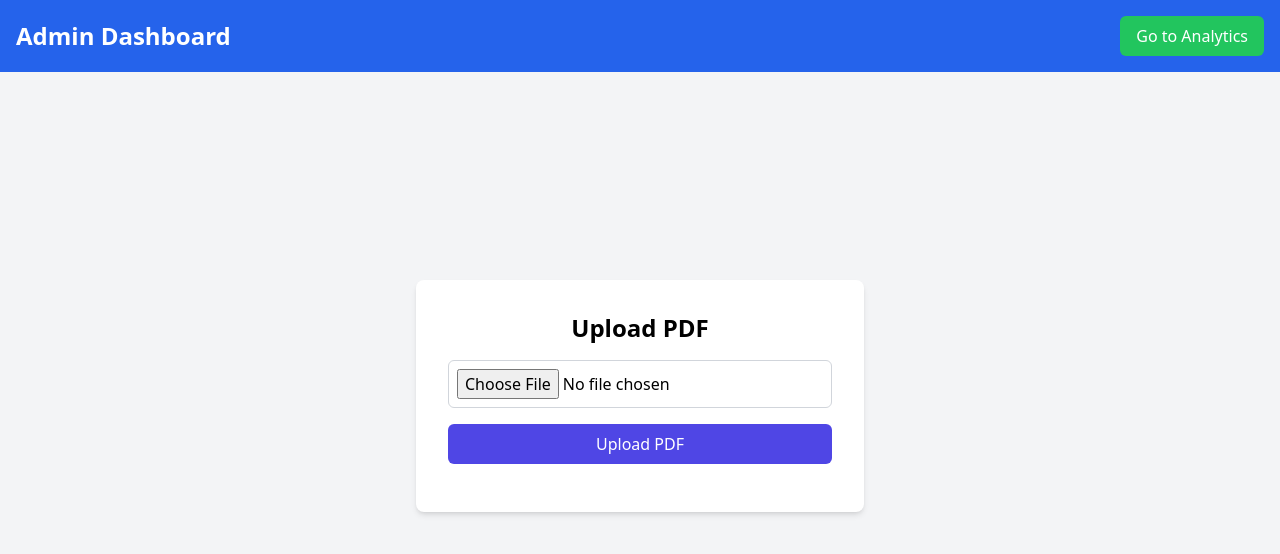
Repository: HackRx50/PS6-3k1P
Page: /admin (app in frontend/)
The author's editor kept a copy of each file at every save. The page is drawn from the files as they stood at one save, then again after the next save.
The browser window is 1280 px wide. The pictures show the whole page.
The project was rebuilt for these pictures with package versions that can differ from the ones it lists, and the page was loaded fresh each time. Also part of the build but not shown: frontend/vite.config.js, frontend/src/pages/User.jsx, frontend/src/components/Navbar.jsx, frontend/src/App.jsx, frontend/src/pages/Quiz.jsx.

Above is the page before, as saved 2024-09-19 23:37:40.

After the next save:
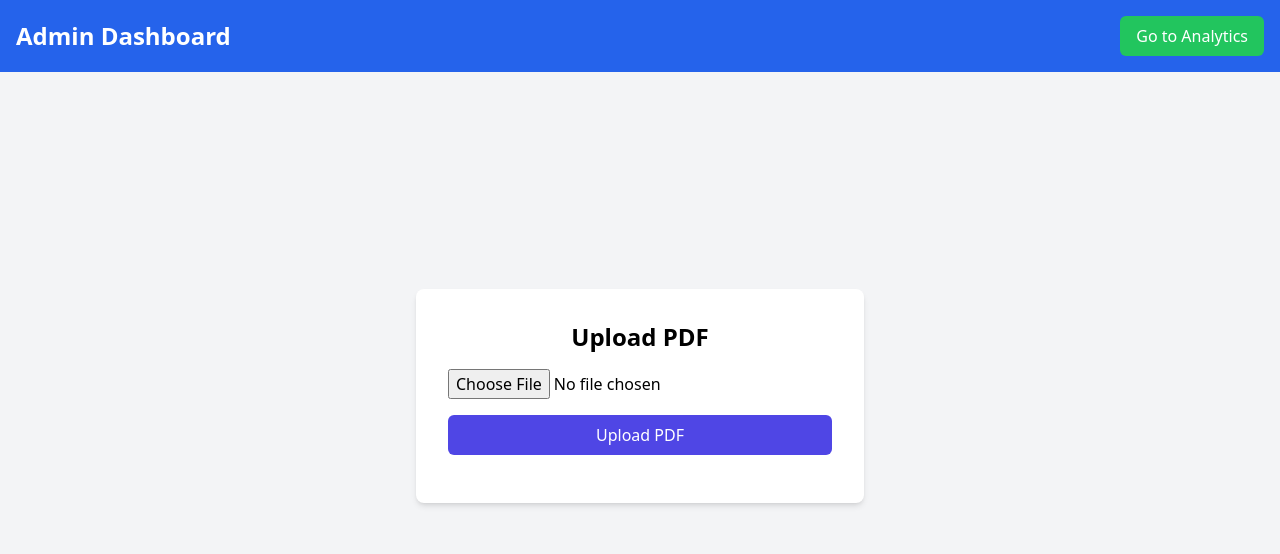
Saved 41 s later.
--- a/frontend/src/pages/Admin.jsx
+++ b/frontend/src/pages/Admin.jsx
@@ -55,14 +55,9 @@ function Admin() {
         <div className="bg-white shadow-md rounded-lg p-8 w-full max-w-md">
           <h2 className="text-2xl font-bold mb-4 text-center">Upload PDF</h2>
 
-          <div className="mb-4">
-            <input
-              type="file"
-              accept="application/pdf"
-              onChange={handleFileChange}
-              className="w-full p-2 border border-gray-300 rounded-md"
-            />
-          </div>
+      <div className="mb-4">
+        <input type="file" accept="application/pdf" onChange={handleFileChange} />
+      </div>
 
           <button
             onClick={handleUpload}
